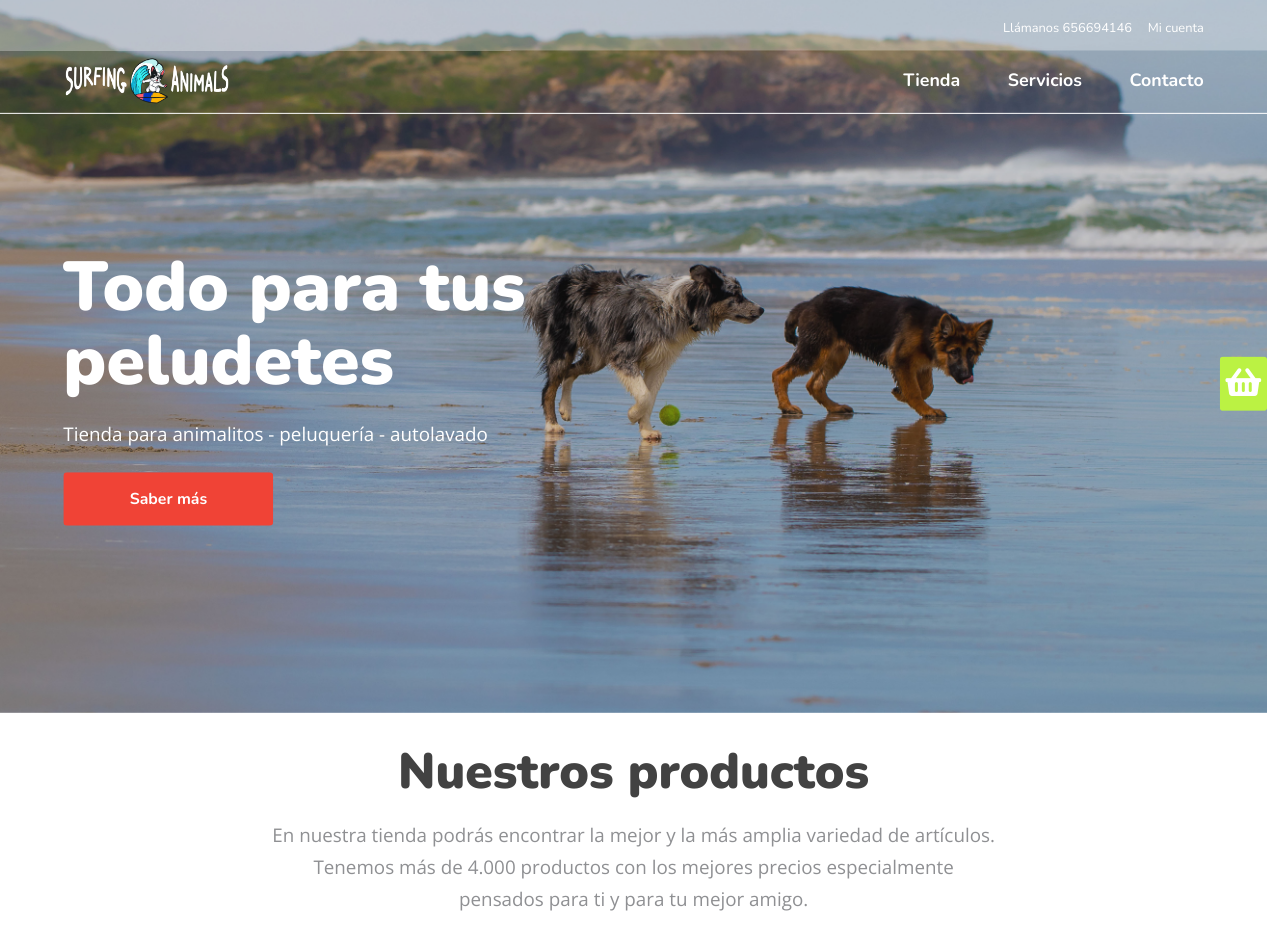
Repository: MarilynCuore/landingVet
Page: index.html
An editor plug-in stored every save of this project. The page is shown before and after the next save, followed by the edit.
The browser window is 1280 px wide. The pictures show the part of the page from y = 0 to 956 px (the page is 2664 px tall before and 2234 px after), at 99% of full size.
Pictures or frames that could not be fetched are drawn as grey boxes. Some web libraries are served in a nearby version. The style sheet was rebuilt from its Sass, Less or Tailwind sources for each picture, by a compiler version that may differ from the author's.

Above is the page before, as saved 2020-05-27 16:40:02.

### index.html
<!DOCTYPE html>
<html lang="en">

<head>
    <meta charset="UTF-8">
    <meta name="viewport" content="width=device-width, initial-scale=1.0">
    <title>Document</title>
    <link rel="stylesheet" href="./main.css">
    <link rel="stylesheet" href="https://cdnjs.cloudflare.com/ajax/libs/font-awesome/5.13.0/css/all.min.css">
    <link rel="stylesheet" href="./swiper-master/package/css/swiper.min.css">
    <script src="./swiper-master/package/js/swiper.js"></script>
    <script src="./main.js"></script>
</head>

<body>
    <a href="http://surfinganimals.tienda.today/#pl" class="store"><i class="fas fa-shopping-basket"></i>
    </a>
    <!--Nav-->
    <nav>
        <div class="top-bar">
            <div class="container">
                <ul>
                    <li>
                        <a href="tel:+34656694146">Llámanos 656694146</a>
                    </li>
                    <li>
                        <a href="http://surfinganimals.tienda.today/#login">Mi cuenta</a>
                    </li>
                </ul>
            </div>
        </div>
        <div class="bottom-bar">
            <div class="container">
                <ul>
                    <li>
                        <a href="">
                            <img class="logo" src="./assets/white.png" width="170">
                        </a>
                    </li>
                </ul>
                <ul>
                    <li>
                        <a href="http://surfinganimals.tienda.today/#pl">Tienda</a>
                    </li>
                    <li>
                        <a href="#service">Servicios</a>
                    </li>
                    <li>
                        <a href="#contact">Contacto</a>
                    </li>
                </ul>
            </div>

        </div>

    </nav>
    <a href=""></a>
    <header>
        <div class="container">
            <h1>Todo para tus peludetes</h1>
            <p>Tienda para animalitos - peluquería - autolavado</p>
            <a href="#info">Saber más</a>
        </div>

    </header>

    <section id="service">
        <div class="container">
            <div class="title">
                <h2>Nuestros productos</h2>
                <p>En nuestra tienda podrás encontrar la mejor y la más amplia variedad de artículos. <br>Tenemos más de
                    4.000 productos con los mejores precios especialmente <br>pensados para ti y para tu mejor amigo.</p>
            </div>
            <div class="grid">
                <div class="grid__container">
                    <div class="title">
                        <strong><a href="http://surfinganimals.tienda.today/#pl!eyJjIjozMTAxMjU4MiwicyI6IiIsInEiOiIxMiIsIm8iOiJpbWFnZSIsInBtaW4iOjAuMDEsInBtYXgiOjcwMy40Nn0=">Saber más</a></strong>
                        <span>Perros</span>
                    </div>
                </div>
                <div class="grid__container">
                    <div class="title">
                        <strong><a href="http://surfinganimals.tienda.today/#pl!eyJjIjozMTAxMjU4MywicyI6IiIsInEiOiIxMiIsIm8iOiJpbWFnZSIsInBtaW4iOjAuMDEsInBtYXgiOjcwMy40Nn0=">Saber más</a></strong>
                        <span>Gatos</span>
                    </div>
                </div>
                <div class="grid__container">
                    <div class="title">
                        <strong><a href="http://surfinganimals.tienda.today/#pl!eyJjIjozMTAxMjU4NCwicyI6IiIsInEiOiIxMiIsIm8iOiJpbWFnZSIsInBtaW4iOjAuMDEsInBtYXgiOjcwMy40Nn0=">Saber más</a></strong>
                        <span>Otros</span>
                    </div>
                </div>
            </div>
        </div>
    </section>
    <div class="swiper-container" id="info">
        <div class="swiper-wrapper">
            <div class="swiper-slide">
                <h1>Apertura <span>1 de junio</span> 2020</h1>
            </div>
            <div class="swiper-slide">
                <h1>LIBRE DE <span>COVID 19</span> <br> Desinfectamos diariamente con ozono</h1>
            </div>
            <div class="swiper-slide">
                <h1>PROMOCIÓN <span>20%</span> DE DESCUENTO <br> En todos los servicios de peluquería <br>
                    <small>(válido del 1 al 30 de junio del 2020)</small>
                </h1>
            </div>
        </div>
        <!-- If we need pagination -->
        <div class="swiper-pagination"></div>
        <!-- If we need navigation buttons -->
        <div class="swiper-button-prev"></div>
        <div class="swiper-button-next"></div>

    </div>
    <section id="contact">
        <div class="one">
            <div class="content container">
                <h3>Encuéntranos o ponte en contacto</h3>
                <div>
                    <p>Avenida de Xixo, 2  03502 Benidorm (Alicante)</p>
                    <a href="mailto:surfinganimalss@gmail.com">surfinganimalss@gmail.com</a>
                </div>
            </div>

        </div>
        <div class="two">
            <iframe
                src="https://www.google.com/maps/embed?pb=!1m18!1m12!1m3!1d3120.8457343049804!2d-0.1457208846487158!3d38.53732407962783!2m3!1f0!2f0!3f0!3m2!1i1024!2i768!4f13.1!3m3!1m2!1s0xd6204ce21245b81%3A0x5f329e0837acba10!2sAv.%20de%20Xixo%2C%202%2C%2003502%20Benidorm%2C%20Alicante!5e0!3m2!1ses!2ses!4v1590587822683!5m2!1ses!2ses"
                width="100%" height="450" frameborder="0" style="border:0;" allowfullscreen="" aria-hidden="false"
                tabindex="0"></iframe>
        </div>
    </section>
    <footer>
        <div class="container">
            <div>
                <ul>
                    <li>
                        <a href="">
                            <img src="./assets/footer.png" alt="" width="100">
                        </a>

                    </li>
                </ul>
            </div>
            <div>
                <h5>Tienda</h5>
                <ul>
                    <li>
                        <a href="http://surfinganimals.tienda.today/#pl!eyJjIjozMTAxMjU4MiwicyI6IiIsInEiOiIxMiIsIm8iOiJpbWFnZSIsInBtaW4iOjAuMDEsInBtYXgiOjcwMy40Nn0=">Perros</a>
                    </li>
                    <li>
                        <a href="http://surfinganimals.tienda.today/#pl!eyJjIjozMTAxMjU4MywicyI6IiIsInEiOiIxMiIsIm8iOiJpbWFnZSIsInBtaW4iOjAuMDEsInBtYXgiOjcwMy40Nn0=
                        ">Gatos</a>
                    </li>
                    <li>
                        <a href="http://surfinganimals.tienda.today/#pl!eyJjIjozMTAxMjU4NCwicyI6IiIsInEiOiIxMiIsIm8iOiJpbWFnZSIsInBtaW4iOjAuMDEsInBtYXgiOjcwMy40Nn0=">Otros animales</a>
                    </li>
                </ul>
            </div>
            <div>
                <h5>Enlaces</h5>
                <ul>
                    <li>
                        <a href="#contact">Contacto</a>
                    </li>
                    <li>
                        <a href="#service">Servicios</a>
                    </li>
                </ul>
            </div>
            <div>
                <h5>Instagram</h5>
                <div class="grid">
                    <a href=""></a>
                    <a href=""></a>
                    <a href=""></a>
                    <a href=""></a>
                    <a href=""></a>
                    <a href=""></a>
                </div>
            </div>
        </div>
    </footer>
</body>

</html>

### main.scss
@import url("https://fonts.googleapis.com/css2?family=Nunito:ital,wght@0,200;0,300;0,400;0,600;0,700;0,800;0,900;1,200;1,300;1,400;1,600;1,700;1,800;1,900&display=swap");
@import url("https://fonts.googleapis.com/css2?family=Open+Sans:ital,wght@0,300;0,400;0,600;0,700;0,800;1,300;1,400;1,600;1,700;1,800&display=swap");
$color-primary: #f04336;
html {
  scroll-behavior: smooth;
}
:root {
  --swiper-theme-color: #bbf243 !important;
}
.container {
  max-width: 90%;
  margin: 0 auto;
}
.store {
  position: fixed;
  right: 0;
  top: 50%;
  color: white;
  background-color: #bbf243;
  border-color: #ffffff;
  padding: 5px;
  text-decoration: none;
  font-weight: bold;
  font-family: "Nunito", sans-serif;
  border: 1px solid transparent;
  overflow: hidden;
  border-radius: 4px;
  font-size: 2rem;
  z-index: 999999999999;
}
.active {
  z-index: 10000;
  .top-bar {
    display: none;
  }
  background-color: white !important;
  .bottom-bar {
    padding-top: 0 !important;
    border-bottom: none !important;
  }
  ul {
    li {
      a {
        color: #adadad !important;
      }
    }
  }
}

nav {
  &.active {
    padding: 0;
  }
  background: transparent;
  position: fixed;
  left: 0;
  width: 100%;
  z-index: 10;
  border-bottom: solid 0.5px white;
  padding-top: 1rem;
  padding-bottom: 0;
  transition: all 0.3s ease-in-out;
  .top-bar {
    background-color: rgba(white, 0.3);
    position: fixed;
    top: 0;
    width: 100%;
    height: 35px;
    font-size: 13px;
    line-height: 1;
    z-index: 110;
    padding-top: 1rem;
    .container {
      margin-top: 5px;
      ul {
        display: flex;
        align-items: center;
        justify-content: flex-end;
        margin: 0px !important;
        li {
          list-style: none;
          a {
            text-decoration: none;
            color: white;
            font-size: 13px;
            font-weight: normal;
            font-family: "Nunito", sans-serif;
            &:hover {
              color: $color-primary;
            }
          }
          &:nth-of-type(1) {
            padding-right: 1rem;
          }
        }
      }
    }
  }
  .bottom-bar {
    padding-top: 2rem;
    .container {
      display: flex;
      align-items: center;
      justify-content: space-between;
      ul {
        width: 100%;
        margin: 0;
        padding-left: 0px;
        &:nth-of-type(2) {
          display: flex;
          align-self: center;
          justify-content: flex-end;
          li {
            padding-right: 3rem;
            &:last-child {
              padding-right: 0px !important;
            }
          }
        }
        li {
          list-style: none;
          a {
            text-decoration: none;
            color: white;
            font-size: 18px;
            font-weight: bold;
            font-family: "Nunito", sans-serif;
            img {
              padding-top: 0.5rem;
            }
            &:hover {
              color: $color-primary;
            }
          }
        }
      }
    }
  }
}
header {
  background-image: url("./assets/bg-vet.jpg");
  background-size: cover;
  background-position: bottom;
  background-repeat: no-repeat;
  height: 100vh;
  width: 100vw;
  position: relative;
  .container {
    padding-top: 2em;
    height: 100%;
    display: flex;
    flex-direction: column;
    align-items: flex-start;
    justify-content: center;

    h1 {
      z-index: 9;
      visibility: visible;
      text-align: left;
      line-height: 75px;
      letter-spacing: 0px;
      font-weight: 900;
      font-size: 70px;
      border-color: rgb(143, 144, 147);
      border-style: none;
      margin: 0px;
      padding: 0px;
      color: white;
      white-space: normal;
      width: 645px;
      height: auto;
      font-family: "Nunito", sans-serif;
    }
    p {
      z-index: 10;
      font-family: "Open Sans";
      visibility: visible;
      text-align: left;
      line-height: 30px;
      letter-spacing: 0px;
      font-weight: 400;
      font-size: 19px;
      border-color: rgb(143, 144, 147);
      border-style: none;
      margin: 0px;
      padding: 0px;
      color: white;
      white-space: normal;
      width: 639px;
      height: auto;
      padding-top: 1.2rem;
      padding-bottom: 1.5rem;
      font-family: "Open Sans", sans-serif;
    }
    a {
      color: white;
      background-color: $color-primary;
      border-color: #ffffff;
      padding: 15px 66px;
      text-decoration: none;
      font-weight: bold;
      font-family: "Nunito", sans-serif;
      border: 1px solid transparent;
      overflow: hidden;
      border-radius: 4px;
    }
  }
}
.swiper-container {
  .swiper-slide {
    font-family: "Nunito", sans-serif;
    display: flex;
    justify-content: center;
    align-items: center;
    color: white;
    height: 400px;
    background-size: cover;
    background-position: center;
    background-color: rgba(#3e3e3e, 0.2);
    background-blend-mode: lighten;
    h1 {
      font-size: 40px;
      width: 80%;
      text-align: center;
      span {
        transform: translateY(-6px);
        display: inline-block;
        z-index: 1;
        background: $color-primary;
        padding: 5px 15px;
        color: white;
        font-size: 22px;
        clip-path: polygon(0 0, 100% 0, 90% 100%, 10% 100%);
        font-family: "Nunito", sans-serif;
        font-size: 1.3rem;
        font-weight: bold;
        transition: all 0.5s ease;
      }
      small {
        font-size: 16px;
      }
    }
    &:nth-child(1) {
      background-image: url("https://images.unsplash.com/photo-1554149944-5ca79e771636?ixlib=rb-1.2.1&ixid=eyJhcHBfaWQiOjEyMDd9&auto=format&fit=crop&w=1950&q=80");
    }
    &:nth-child(2) {
      background-image: url("https://images.unsplash.com/photo-1587131593450-168211a8c312?ixlib=rb-1.2.1&ixid=eyJhcHBfaWQiOjEyMDd9&auto=format&fit=crop&w=2000&q=80");
    }
    &:nth-child(3) {
      background-image: url("https://images.unsplash.com/photo-1516734212186-a967f81ad0d7?ixlib=rb-1.2.1&ixid=eyJhcHBfaWQiOjEyMDd9&auto=format&fit=crop&w=1951&q=80");
    }
  }
}
section {
  &:nth-of-type(1) {
    padding-bottom: 3.5rem;
    .container {
      .title {
        h2 {
          font-size: 50px;
          line-height: 1.1em;
          text-align: center;
          color: #424242;
          font-weight: bold;
          margin: 0;
          padding: 0;
          padding-top: 2rem;
          padding-bottom: 1.3rem;
          font-family: "Nunito", sans-serif;
          font-weight: 900;
        }
        p {
          color: #8f9093;
          font-size: 19px;
          line-height: 32px;
          text-align: center;
          margin: 0;
          padding: 0;
          font-family: "Open Sans", sans-serif;
        }
      }
      .grid {
        padding-top: 2rem;
        height: 500px;
        position: relative;
        max-width: 100%;
        margin: 0 auto;
        display: flex;
        &__container {
          background-size: cover;
          background-position: center;
          background-repeat: no-repeat;
          padding: 20px;
          display: grid;
          place-items: center;
          text-align: center;
          color: white;
          transition: 0.3s;
          border-radius: 6px;
          display: flex;
          align-items: flex-end;
          flex: 1 1 auto;
          transition: 0.5s;
          &:hover {
            flex: 2 1 auto;
          }
          .title {
            margin-bottom: 2em;
            display: flex;
            justify-content: center;
            width: 100%;
            position: relative;
            cursor: pointer;
            &:hover {
              strong {
                top: -35px;
                opacity: 1;
                color: black;
                border-radius: 0;
                transform: scale(1);
              }
            }
            strong {
              transition: all 0.5s ease;
              overflow: hidden;
              opacity: 1;
              display: block;
              position: absolute;
              top: 5px;
              z-index: 0;
              transform: scale(0);
              padding: 5px 10px;
              background: white;
              color: white;
              font-family: "Nunito", sans-serif;
              a {
                color: $color-primary;
                text-decoration: none;
                cursor: pointer;
              }
              &:hover {
                & + span {
                  background-color: $color-primary;
                  color: white;
                }
              }
            }
            span {
              z-index: 1;
              background: white;
              padding: 5px 15px;
              color: $color-primary;
              font-size: 18px;
              clip-path: polygon(0 0, 100% 0, 90% 100%, 10% 100%);
              font-family: "Nunito", sans-serif;
              font-size: 1.3rem;
              font-weight: bold;
              transition: all 0.5s ease;
              &:hover {
                background: $color-primary;
                color: white;
              }
            }
          }
          &:nth-child(1) {
            margin-right: 10px;
            background-image: url("https://images.unsplash.com/photo-1504826260979-242151ee45b7?ixlib=rb-1.2.1&ixid=eyJhcHBfaWQiOjEyMDd9&auto=format&fit=crop&w=934&q=80");
            background-position: bottom;
          }
          &:nth-child(2) {
            margin-right: 10px;
            background-image: url("https://images.unsplash.com/photo-1574231164645-d6f0e8553590?ixlib=rb-1.2.1&ixid=eyJhcHBfaWQiOjEyMDd9&auto=format&fit=crop&w=1035&q=80");
          }
          &:nth-child(3) {
            margin-right: 10px;
            background-image: url("https://images.unsplash.com/photo-1529040274442-815019b0e4fc?ixlib=rb-1.2.1&auto=format&fit=crop&w=933&q=80");
          }
        }
      }
    }
  }
  &:nth-of-type(2) {
    display: flex;
    width: 100%;
    justify-content: space-between;
    width: 100%;
    .one {
      width: 50%;
      background-color: #ededed;
      .content {
        display: flex;
        flex-direction: column;
        align-items: center;
        justify-content: center;
        height: 100%;
        h3 {
          color: #424242;
          font-family: "Nunito", sans-serif;
          font-weight: 900;
          text-align: center;
          word-wrap: break-word;
          font-size: 40px;
          margin: 0;
          padding: 0;
        }
        div {
          display: flex;
          flex-direction: column;
          justify-content: center;
          align-items: center;
          p {
            font-size: 15px;
            font-weight: 400;
            line-height: 25px;
            color: #8f9093;
            font-family: "Open Sans";
            text-align: center;
          }
          a {
            font-size: 15px;
            font-weight: bold;
            line-height: 25px;
            color: $color-primary;
            font-family: "Open Sans";
            text-decoration: none;
          }
        }
      }
    }
    .two {
      width: 50%;
      iframe {
        display: block;
      }
    }
  }
}
footer {
  .container {
    display: flex;
    justify-content: space-between;
    align-items: flex-start;
    padding-top: 3rem;
    padding-bottom: 2rem;
    div {
      width: 33%;
      h5 {
        color: #4a4a4a;
        font-weight: 900;
        font-family: "Nunito", sans-serif;
        font-size: 24px;
        margin: 0;
      }
      ul {
        padding: 0px;
        li {
          list-style: none;
          p {
            color: #8f9093;
            text-align: left;
            font-family: "Open Sans";
            font-size: 15px;
            font-weight: 400;
            line-height: 25px;
            margin: 34px 0px 0px;
          }
          a {
            color: #8f9093;
            text-decoration: none;
            font-size: 15px;
            font-weight: 400;
            line-height: 25px;
            font-family: "Open Sans";
            &:hover {
              color: $color-primary;
            }
          }
        }
      }
      .grid {
        display: flex;
        align-items: center;
        justify-content: flex-start;
        flex-wrap: wrap;
        width: 100%;
        padding-top: 1rem;
        a {
          width: calc(33% - 2px);
          height: 85px;
          margin: 1px;
          background-size: cover;
          background-position: center;
          background-repeat: no-repeat;
          &:hover {
            transition: all 0.1s ease;
            transform: scale(0.9) rotate(10deg);
          }
          &:nth-of-type(1) {
            background-image: url("https://images.unsplash.com/photo-1494256997604-768d1f608cac?ixlib=rb-1.2.1&ixid=eyJhcHBfaWQiOjEyMDd9&auto=format&fit=crop&w=2001&q=80");
          }
          &:nth-of-type(2) {
            background-image: url("https://images.unsplash.com/photo-1507146426996-ef05306b995a?ixlib=rb-1.2.1&ixid=eyJhcHBfaWQiOjEyMDd9&auto=format&fit=crop&w=1950&q=80");
          }
          &:nth-of-type(3) {
            background-image: url("https://images.unsplash.com/photo-1536612125961-dca53f20363d?ixlib=rb-1.2.1&auto=format&fit=crop&w=1950&q=80");
          }
          &:nth-of-type(4) {
            background-image: url("https://images.unsplash.com/photo-1586326709898-0a344840a314?ixlib=rb-1.2.1&auto=format&fit=crop&w=1950&q=80");
          }
          &:nth-of-type(5) {
            background-image: url("https://images.unsplash.com/photo-1518794183325-56eed2af11fa?ixlib=rb-1.2.1&ixid=eyJhcHBfaWQiOjEyMDd9&auto=format&fit=crop&w=1867&q=80");
          }
          &:nth-of-type(6) {
            background-image: url("https://images.unsplash.com/photo-1425082661705-1834bfd09dca?ixlib=rb-1.2.1&ixid=eyJhcHBfaWQiOjEyMDd9&auto=format&fit=crop&w=1955&q=80");
          }
        }
      }
    }
  }
}
body {
  margin: 0;
  padding: 0;
}
@media only screen and (max-width: 646px) {
  header {
    .container {
      align-items: center !important;
      h1 {
        text-align: center !important;
      }
      p {
        text-align: center !important;
      }
    }
  }
  section {
    &:nth-of-type(1) {
      .container {
        .grid {
          flex-direction: column;
          &__container {
            &:nth-of-type(1) {
              margin-bottom: 10px;
              padding-left: 0px !important;
            }
            &:nth-of-type(2) {
              margin-bottom: 10px;
              padding-left: 0px !important;
            }
          }
        }
      }
    }
    &:nth-of-type(2) {
      flex-direction: column;
      .one {
        width: 100% !important;
        padding-top: 1rem;
        padding-bottom: 1rem;
      }
      .two {
        width: 100% !important;
      }
    }
  }
  footer {
    .container {
      flex-direction: column;
      div {
        width: 100% !important;
        ul {
          display: flex;
          flex-direction: column;
          align-items: center;
          justify-content: center;
        }
        h5 {
          text-align: center;
        }
      }
    }
  }
}

Loaded but not shown: swiper-master/package/css/swiper.min.css (library); swiper-master/package/js/swiper.js (library); main.js (32 lines, source omitted)

After the next save:
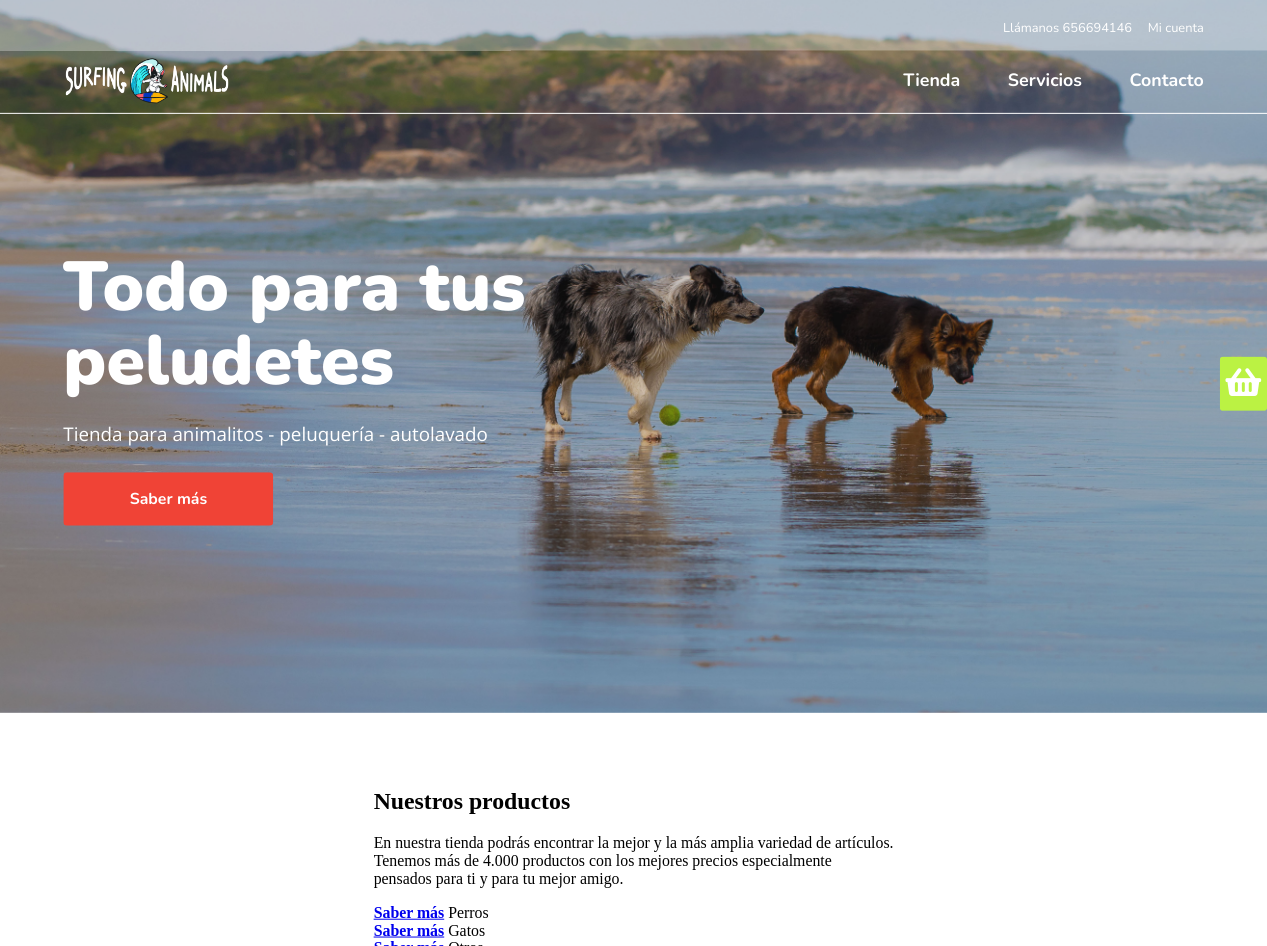
Saved 28 days later.
--- a/index.html
+++ b/index.html
@@ -63,7 +63,9 @@
         </div>
 
     </header>
+    <section>
 
+    </section>
     <section id="service">
         <div class="container">
             <div class="title">
